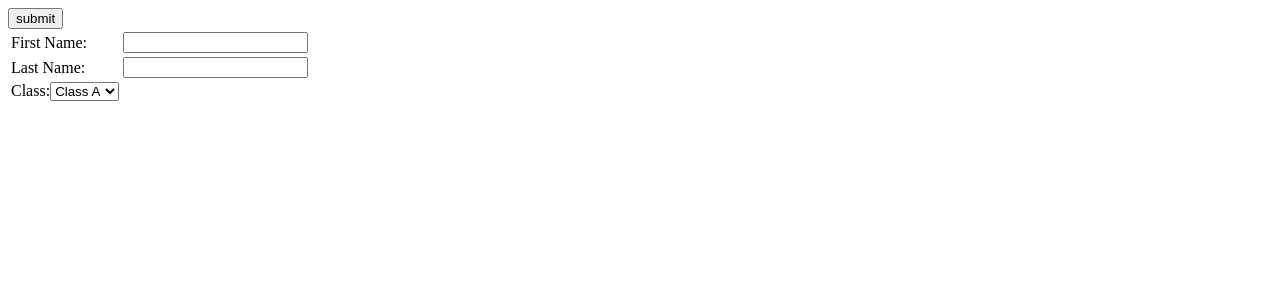
Repository: zshafi01/LearnerAcadamy
Page: http://localhost/LearnerAcadamy/Student.jsp
An editor plug-in stored every save of this project. The page is shown before and after the next save, followed by the edit.
The browser window is 1280 px wide. The pictures show the whole page.
The page is served by Tomcat 9.

Above is the page before, as saved 2021-02-03 22:26:53.

After the next save:
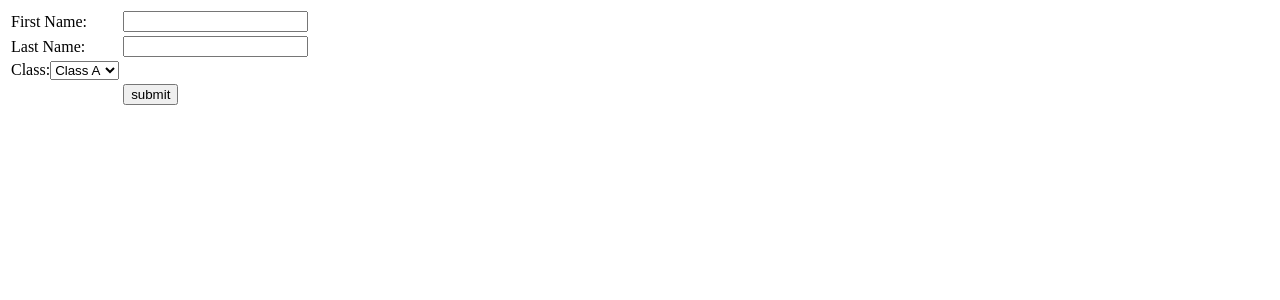
Saved 54 s later.
--- a/LearnerAcadamy/WebContent/Student.jsp
+++ b/LearnerAcadamy/WebContent/Student.jsp
@@ -24,7 +24,7 @@
 </select></td>
 </tr>
 <tr>
-<input type="submit" value="submit">
+<td></td><td><input type="submit" value="submit"></td>
 </tr>
 </table>
 </form>
